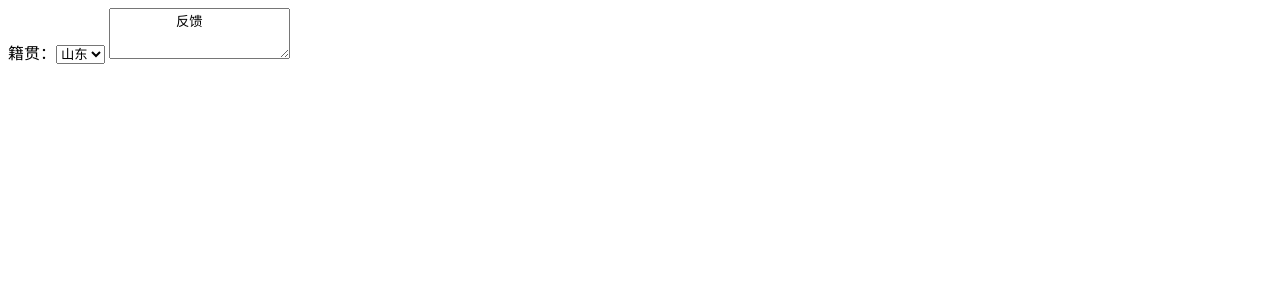
Repository: Qwenicq/My_project
Page: html/HTML_learning/3_select.html
These files come from the project's save history. The page is drawn as it stood at one moment and after the next save; the edit follows.
The browser window is 1280 px wide. The pictures show the whole page.

Above is the page before, as saved 2023-03-29 21:09:15.

After the next save:
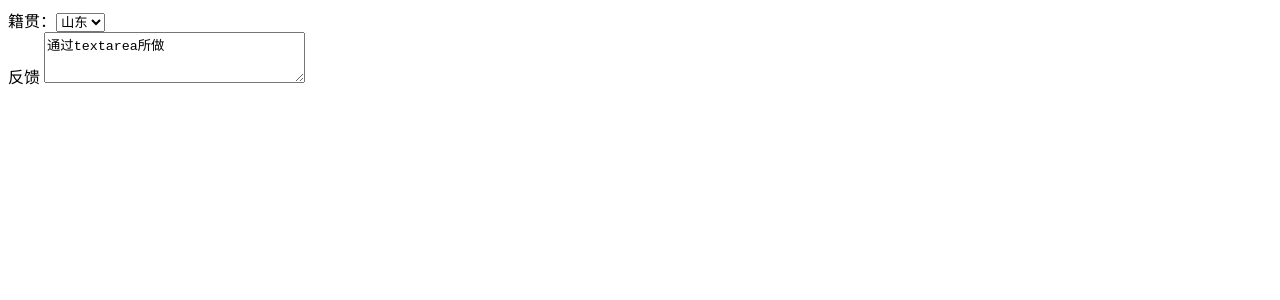
Saved 86 s later.
--- a/html/HTML_learning/3_select.html
+++ b/html/HTML_learning/3_select.html
@@ -13,8 +13,9 @@
         <option value="">福建</option>
         <option value="" >海南</option>
     </select>
-    <textarea name="" id="" cols="20" rows="3">
+    <form action="">
         反馈
-    </textarea>
+        <textarea name="" id="" cols="30" rows="3">通过textarea所做</textarea>
+    </form>
 </body>
 </html>
